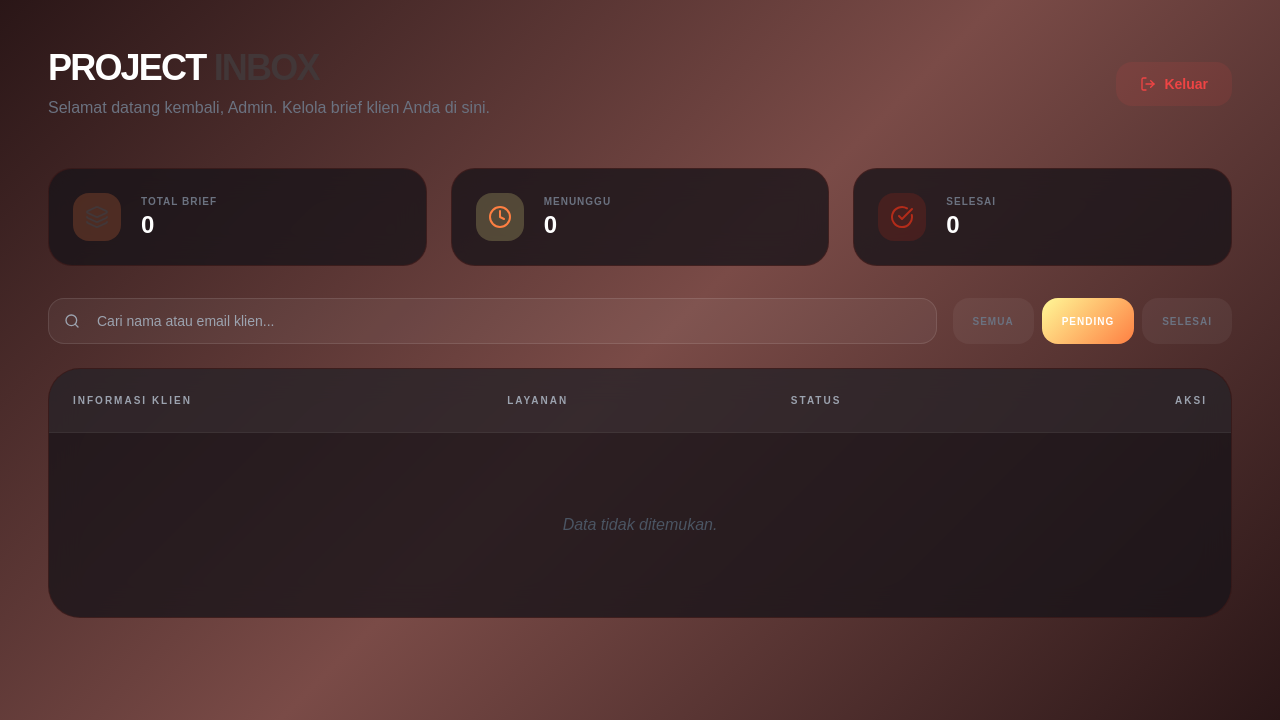
Repository: zhr-nabila/ClientBrief
Page: http://localhost/admin/index.php?f=Pending
These files come from the project's save history. The page is drawn as it stood at one moment and after the next save; the edit follows.
The browser window is 1280 px wide. The pictures show the whole page.
Some web fonts or font styles are not loaded; a fallback is used. Some web libraries are served in a nearby version. The page is run by PHP 8.4 with error messages shown; the project is at /var/www/html/. The session is filled in as if someone had signed in: {"admin_logged_in": true}. Queries for data that is not in the repository find no rows.

Above is the page before, as saved 2026-01-20 16:09:55.

After the next save:
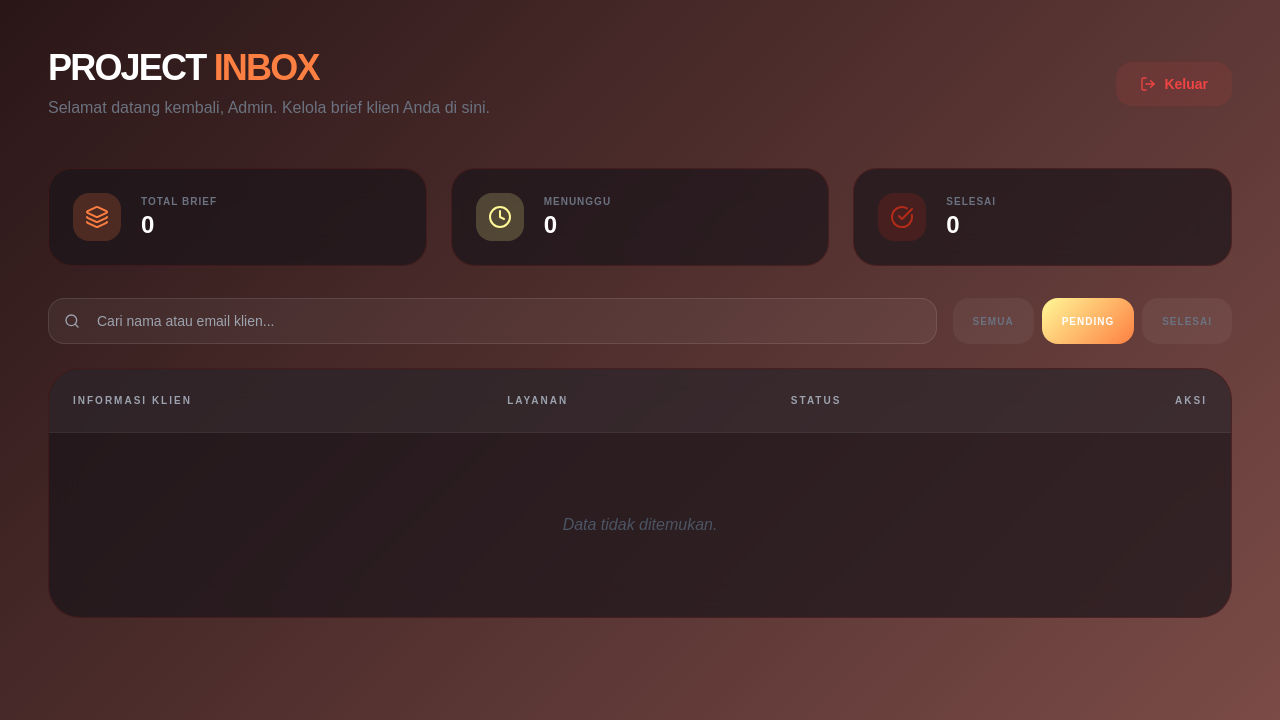
Saved 9 s later.
--- a/admin/index.php
+++ b/admin/index.php
@@ -33,7 +33,36 @@ $selesai      = mysqli_num_rows(mysqli_query($koneksi, "SELECT id FROM tb_projek
     <link href="https://fonts.googleapis.com/css2?family=Plus+Jakarta+Sans:wght@400;600;800&display=swap" rel="stylesheet">
     <link rel="stylesheet" href="../assets/css/style.css">
 </head>
-
+<style>
+    body:not(.light-mode) {
+        background: linear-gradient(135deg, #2A1617 0%, #7A4B47 100%) !important;
+    }
+
+    body.light-mode {
+        background: linear-gradient(135deg, #FFF897 0%, #FE7F42 100%) !important;
+        color: #1A141A !important;
+    }
+
+    .glass-card {
+        background: rgba(26, 20, 26, 0.7) !important;
+        border: 1px solid rgba(179, 44, 26, 0.2) !important;
+    }
+
+    .light-mode .glass-card {
+        background: rgba(255, 255, 255, 0.85) !important;
+        border: 1px solid rgba(254, 127, 66, 0.2) !important;
+    }
+
+    /* Warna untuk statistik cards */
+    .bg-blue-500\/20 { background: rgba(254, 127, 66, 0.2) !important; }
+    .text-blue-500 { color: #FE7F42 !important; }
+
+    .bg-orange-500\/20 { background: rgba(255, 248, 151, 0.2) !important; }
+    .text-orange-500 { color: #FFF897 !important; }
+
+    .bg-green-500\/20 { background: rgba(179, 44, 26, 0.2) !important; }
+    .text-green-400 { color: #B32C1A !important; }
+</style>
 <body class="p-6 md:p-12">
 
     <div class="max-w-7xl mx-auto">
